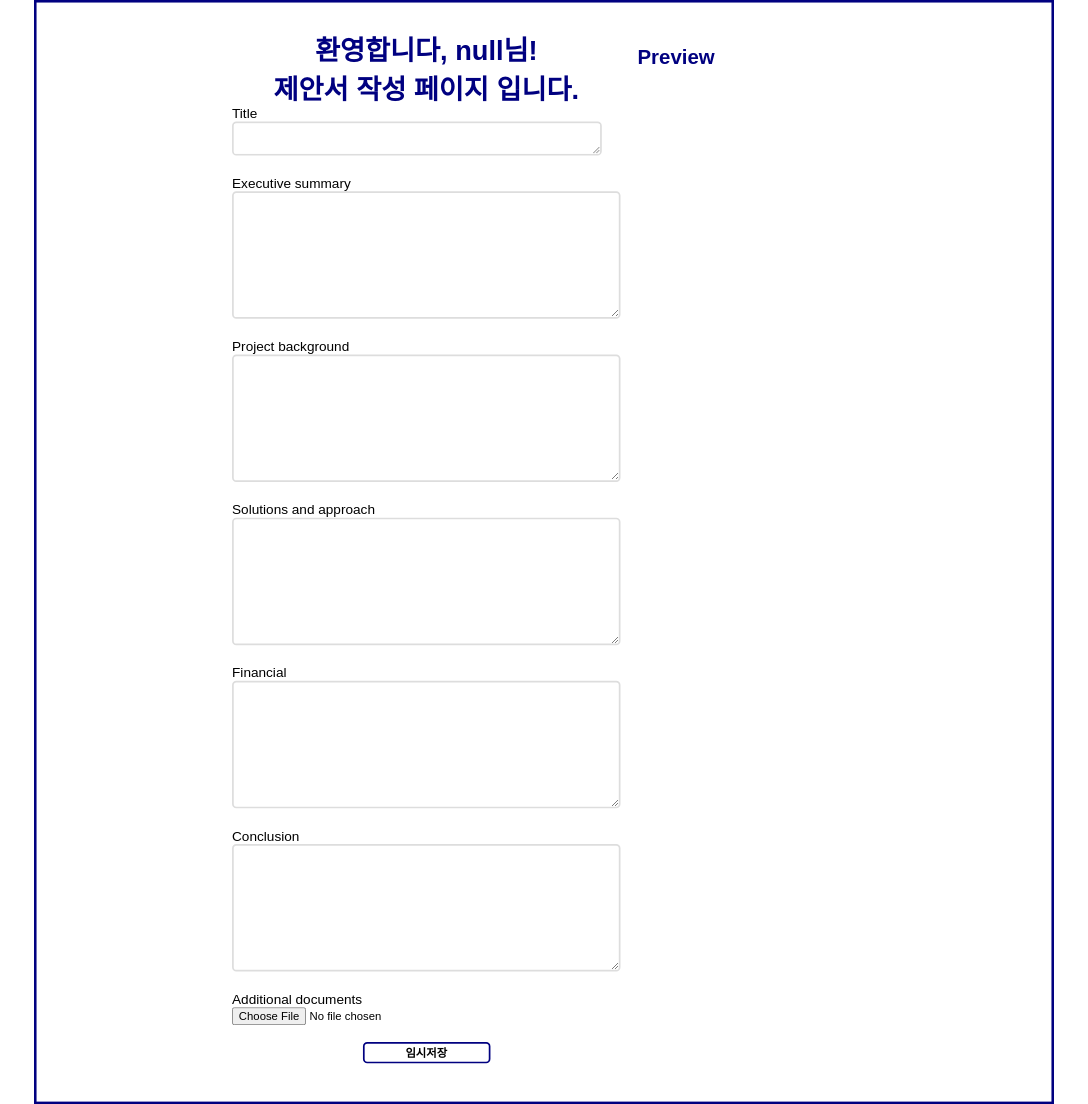
Repository: leeboseok/proposal-board
Page: http://localhost/ProposalSys/create.jsp
The author's editor kept a copy of each file at every save. The page is drawn from the files as they stood at one save, then again after the next save.
The browser window is 1280 px wide. The pictures show the whole page, at 85% of full size.
The page is served by Tomcat 9.

Above is the page before, as saved 2024-07-31 14:26:37.

After the next save:
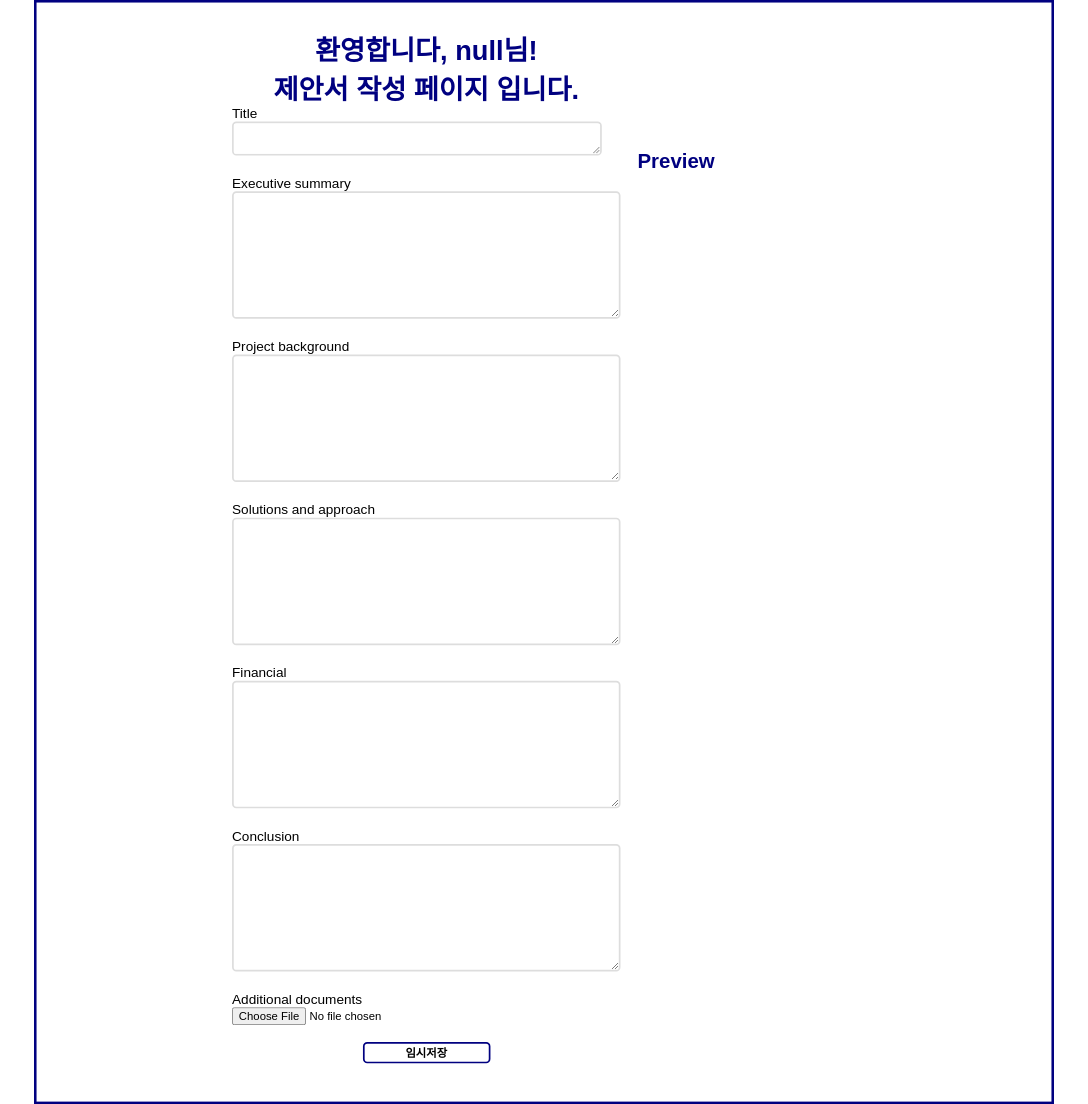
Saved 117 s later.
--- a/ProposalSys/src/main/webapp/create.jsp
+++ b/ProposalSys/src/main/webapp/create.jsp
@@ -86,7 +86,7 @@
 		.div_preview {
 		    flex: 1;
 		    padding-left: 20px;
-		    padding-top: 20px;
+		    padding-top: 143px;
 		}
 
 		.div_preview h2 {
